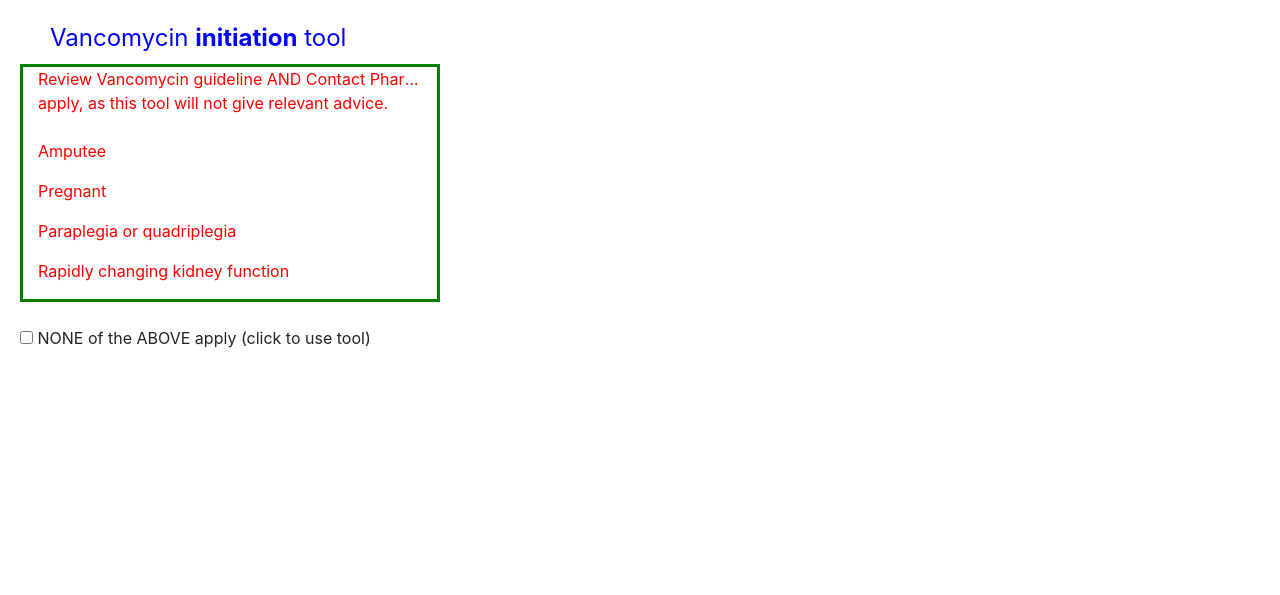
Repository: Mismiles/project-clinical-calculator
Page: index.html
The author's editor kept a record of every edit. The page is drawn from the files as they stood at one moment, then again after the next edit.
The browser window is 1280 px wide. The pictures show the whole page.

Above is the page before.

### index.html
<!doctype html>
<html lang="en">
  <head>
    <!-- Required meta tags -->
    <meta charset="utf-8">
    <meta name="viewport" content="width=device-width, initial-scale=1, shrink-to-fit=no">

    <!-- Bootstrap CSS -->
    <link rel="stylesheet" href="https://stackpath.bootstrapcdn.com/bootstrap/4.3.1/css/bootstrap.min.css" integrity="sha384-ggOyR0iXCbMQv3Xipma34MD+dH/1fQ784/j6cY/iJTQUOhcWr7x9JvoRxT2MZw1T" crossorigin="anonymous">

    <!-- Custom CSS -->
    <link href="css/stylesheet.css" rel="stylesheet">

    <title>Vancomycin calculation tool</title>

  </head>
  <body>

<form name="vanc">
<fieldset>

<!-- Form Name -->
<legend>Vancomycin <b>initiation</b> tool</legend>

<!-- Parameters -->
  <div class="col-lg-4 statement" for="parameters" style="color:red">Review Vancomycin guideline AND Contact Pharmacy if any<br> apply, as this tool will not give relevant advice.
    <br>
    <br>
    <p>Amputee</p>
    <p>Pregnant</p>
    <p>Paraplegia or quadriplegia</p>
    <p>Rapidly changing kidney function</p>
	</div>


<!-- Safe to use tool-->
	<br>
      <input type="checkbox" name="parameters" id="showform" onclick="displayForm()">
      NONE of the ABOVE apply (click to use tool)
  </div>
</div>

<section id='vancform'>
<!-- Indication-->
<br>
<div class="form-group">
  <label class="col-md-4 control-label" for="indication"><b>Indication</b></label>
  <div class="col-md-4">
  <input id="indication" name="indication" type="text" autocomplete="off" placeholder="Specify" class="form-control input-md" required="">
  </div>
</div>

<!-- Gender -->
<div class="form-group" required="">
  <label class="col-md-4 control-label" for="gender"><b>Gender</b></label>
  <div class="col-md-4">
   <div class="btn-group btn-group-toggle" data-toggle="buttons">
  <label class="btn btn-outline-primary">
    <input type="radio" name="options" id="male" autocomplete="off"> Male
  </label>
  <label class="btn btn-outline-danger">
    <input type="radio" name="options" id="female" autocomplete="off"> Female
  </label>
</div>
  </div>
</div>

<!-- Age-->
<div class="form-group">
  <label class="col-md-4 control-label" for="age"><b>Age</b></label>
  <div class="col-md-4">
  <input id="age" name="age" type="text" maxlength="3" placeholder="Age in years" autocomplete="off" class="form-control input-md" required="">
  </div>
</div>

<!-- Weight-->
<div class="form-group">
  <label class="col-md-4 control-label" for="weight"><b>Weight in kg</b></label>
  <div class="col-md-4">
  <input id="weight" name="weight" type="text" maxlength="3" placeholder="Weight in kg" autocomplete="off" class="form-control input-md" required="">
</div>
</div>

<!-- Date picker-->
<div class="form-group">
        <label class="col-md-4 control-label" for="date"><b>Date Weight Taken</b></label>
          <div class="col-md-4">
        <input id="form-control input-md date" name="date" autocomplete="off" placeholder="MM/DD/YYY" type="date"/>
          </div>
</div>

  <div class="checkbox">
    <label for="parameters-0">
      <input type="radio" name="parameters" id="overweight" value="" onclick="displayHeight()">
      Overweight (BMI &gt; 25). <span style="color:green"><i>Tick to help calculate BMI.</i></span>
    </label>
	</div>
  <div class="checkbox">
    <label for="parameters-1">
      <input type="radio" name="parameters" id="underweight" value="" onclick="displayHeight()">
      Underweight (BMI &lt; 18.5). <span style="color:green"><i>Tick to help calculate BMI.</i></span>
    </label>
	</div>
	 <div class="checkbox">
    <label for="parameters-1">
      <input type="radio" name="parameters" id="normalweight" value="" onclick="displayHeight()">
      Normal weight (BMI &gt; 18.5 and &lt; 25)
    </label>
	</div>
</div>
</div>

<br>
<!-- Height-->
<section id="heightbox">
<div class="form-group">
  <label class="col-md-4 control-label" for="height"><b>Height</b></label>
  <div class="col-md-4">
  <input id="height" name="height" type="text" maxlength="3" autocomplete="off" placeholder="Height in cm" class="form-control input-md" required>
  </div>
</div>
</section>

<!-- Creatinine-->
<div class="form-group">
  <label class="col-md-4 control-label" for="creatinine"><b>Serum Creatinine in µmol/L</b></label>
  <div class="col-md-4">
  <input id="creatinine" name="creatinine" type="text" autocomplete="off" maxlength="3" placeholder="Creatinine" class="form-control input-md" data-bind="value:replyNumber" required="">

  </div>
</div>

<!-- Button -->
<div class="form-group">
  <label class="col-md-4 control-label" for="calculate"></label>
  <div class="col-md-4">
    <script type="text/javascript" src="js/calculation.js"></script>
    <button id="calc" name="calculate" type="submit" class="btn btn-primary" onclick="dose();" >Display dose and monitoring advice</button>
  </div>
</div>

<br>
<p id="stat_dose">Prescribe STAT dose of =</p>
<p id="Cr_Cl0">The CrCl =</p>
<p id="output_text">Therefore prescribe</p>
<p id="output_text">Every <b></b></p>
<p id="output_text">Request a drug level on JAC and ICE</p>



<!-- Image carousel -->
  <div id="carouselExampleIndicators" class="carousel slide row" data-ride="carousel">
  <ol class="carousel-indicators">
    <li data-target="#carouselExampleIndicators" data-slide-to="0" class="active"></li>
    <li data-target="#carouselExampleIndicators" data-slide-to="1"></li>
    <li data-target="#carouselExampleIndicators" data-slide-to="2"></li>
    <li data-target="#carouselExampleIndicators" data-slide-to="3"></li>
    <li data-target="#carouselExampleIndicators" data-slide-to="4"></li>
    <li data-target="#carouselExampleIndicators" data-slide-to="5"></li>
    <li data-target="#carouselExampleIndicators" data-slide-to="6"></li>
    <li data-target="#carouselExampleIndicators" data-slide-to="7"></li>
    <li data-target="#carouselExampleIndicators" data-slide-to="8"></li>
    <li data-target="#carouselExampleIndicators" data-slide-to="9"></li>
  </ol>
  <div class="carousel-inner">
    <div class="carousel-item active">
      <img class="d-block w-60" src="images/vanc1.jpg" alt="First slide">
    </div>
    <div class="carousel-item">
      <img class="d-block w-60" src="images/app1.jpg" alt="Second slide">
    </div>
    <div class="carousel-item">
      <img class="d-block w-60" src="images/app2.jpg" alt="Third slide">
    </div>
    <div class="carousel-item">
      <img class="d-block w-60" src="images/app3.jpg" alt="Fourth slide">
    </div>
    <div class="carousel-item">
      <img class="d-block w-60" src="images/app41.jpg" alt="Fifth slide">
    </div>
    <div class="carousel-item">
      <img class="d-block w-60" src="images/app42.jpg" alt="Sixth slide">
    </div>
     <div class="carousel-item">
      <img class="d-block w-60" src="images/app43.jpg" alt="Seventh slide">
    </div>
     <div class="carousel-item">
      <img class="d-block w-60" src="images/app5.jpg" alt="Eigth slide">
     </div>
     <div class="carousel-item">
      <img class="d-block w-60" src="images/app6.jpg" alt="Ninth slide">
     </div>
  </div>

  <a class="carousel-control-prev" href="#carouselExampleIndicators" role="button" data-slide="prev">
    <span class="carousel-control-prev-icon" aria-hidden="true"></span>
    <span class="sr-only">Previous</span>
  </a>
  <a class="carousel-control-next" href="#carouselExampleIndicators" role="button" data-slide="next">
    <span class="carousel-control-next-icon" aria-hidden="true"></span>
    <span class="sr-only">Next</span>
  </a>
</div>


    <!-- jQuery first, then Popper.js, then Bootstrap JS -->
    <script src="https://code.jquery.com/jquery-3.3.1.slim.min.js" integrity="sha384-q8i/X+965DzO0rT7abK41JStQIAqVgRVzpbzo5smXKp4YfRvH+8abtTE1Pi6jizo" crossorigin="anonymous"></script>
    <script src="https://cdnjs.cloudflare.com/ajax/libs/popper.js/1.14.7/umd/popper.min.js" integrity="sha384-UO2eT0CpHqdSJQ6hJty5KVphtPhzWj9WO1clHTMGa3JDZwrnQq4sF86dIHNDz0W1" crossorigin="anonymous"></script>
    <script src="https://stackpath.bootstrapcdn.com/bootstrap/4.3.1/js/bootstrap.min.js" integrity="sha384-JjSmVgyd0p3pXB1rRibZUAYoIIy6OrQ6VrjIEaFf/nJGzIxFDsf4x0xIM+B07jRM" crossorigin="anonymous"></script>

        <!-- Calulation JavaScript Code-->
    <script type="text/javascript" href="js/calculation.js"></script>

  </body>
</html>

### css/stylesheet.css
body {
    position: relative;
    font-size: 1em;
    margin-left: 20px;
    margin-top: 20px;

}

legend {
    padding-left: 30px;
    color: blue;
}

.statement {
 border-style: solid;
 border-color: green;
 white-space: nowrap;
 width: 470px;
 overflow: hidden;
 text-overflow: ellipsis;
  }


#heightbox{
  display: none;
}

#vancform {
  display: none;
}

.carousel {
  width:740px;
  height:860px;
  display: none !important;
}

### js/calculation.js
//declare global variables
    var w = document.getElementById('weight');
    var a = window.document.getElementById('age');
    var h = window.document.getElementById('height');
    var c = window.document.getElementById('creatinine');
    var m = document.forms["vanc"]["male"];
    var f = document.forms["vanc"]["female"];


    console.log('connected');

    // this function displays the form when the checkbox is true
    function displayForm() {
        var checkbox = document.getElementById('showform');
        var vancform = document.getElementById('vancform');

        if (checkbox.checked) {
            vancform.style.display = 'block';
        } else {
            vancform.style.display = 'none';
        }
    }

    //this function displays the height box if under OR overweight is slected
    function displayHeight() {
        var underWeight = document.getElementById('underweight');
        var overWeight = document.getElementById('overweight');
        var heightbox = document.getElementById('heightbox')
        var normalweight = document.getElementById('normalweight')

        if (underWeight.checked) {
            heightbox.style.display = 'block';
        } else if (overWeight.checked) {
            heightbox.style.display = 'block';
        } else if (normalweight.checked) {
            heightbox.style.display = 'none';
        }
    }


        // Initial dose calculation
        var vDose;

        function dose() {
            //get the input
            var weight = w.value;

            if (isNaN(weight)) {
                vDose = "<em>Weight</em>must be a number!";
            } else if (weight < 40) {
                vDose = "750"+"mg";
            } else if (weight >=40 && weight<= 59) {
                vDose = "1000"+"mg";
            } else if (weight >=60 && weight<= 90) {
                vDose = "1500"+"mg";
            } else if (weight >90) {
                vDose = "2000"+"mg";
            }
            document.getElementById("stat_dose").innerHTML = "Prescribe STAT dose of " + "<b>" + vDose + "<b>";
        }


        // Weight must be within three months




        // Crcl without gender or creatinine adjustment
        var CrCl0;

        function CrCl0() {
            //get age, weight, creatinie
            var weight = w.value;
            var age = a.value;
            var creatinine = c.value;

            if (age < 18) {
                CrCl0 = "<em>Age</em> cannot equal less than 18!";
            } else if (isNaN(age)) {
                CrCl0 = "<em>Age</em> must be a number!";
            } else if (isNaN(weight)) {
                CrCl0 = "<em>Weight</em> must be a number!";
            } else if (isNaN(creatinine)) {
                CrCl0 = "<em>Creatinine</em> must be a number!";
            } else {
                CrCl0 = ((140-age)*weight);
            }
        }

        // CrCl with gender adjustment

        function kidneygender(){
        var resultG;
        var male = m.checked;
            if (male){
                resultG = CrCl0 *1.23;
            } else{
                resultG = CrCl0 *1.04;
            }
        document.getElementById("result_g").innerHTML = "The CrCl =  " + "<b>" + resultG + "<b>";
        }

        //Calculate of BMI
        var bmi;
        function bmi() {
            var weight = w.value;
            var height = h.value;
            var normalweight = document.getElementById('normalweight')

            if (isNaN(weight)) {
                bmi = "<em>Weight</em>must be a number!";
            }else if (isNaN(height)) {
                bmi = "<em>Height</em>must be a number!";
            }else if (normalweight.checked) {
                bmi = "The patient's BMI is  ";
            }else {
                bmi = weight/(height/100*height/100);

        }
        document.getElementById("bmi_calc").innerHTML = "The patient's BMI is  " + "<b>" + bmi + "<b>";
        }

After the next edit:
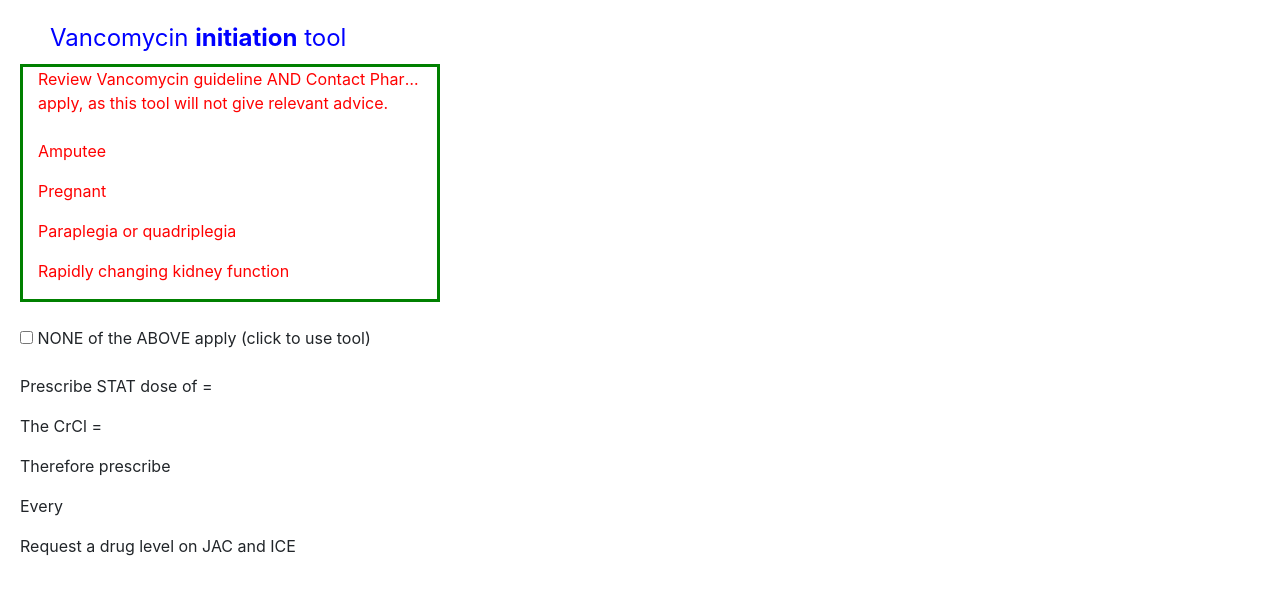
The edit:
--- a/index.html
+++ b/index.html
@@ -139,6 +139,9 @@
   </div>
 </div>
 
+</fieldset>
+</form>
+</section>
 <br>
 <p id="stat_dose">Prescribe STAT dose of =</p>
 <p id="Cr_Cl0">The CrCl =</p>
